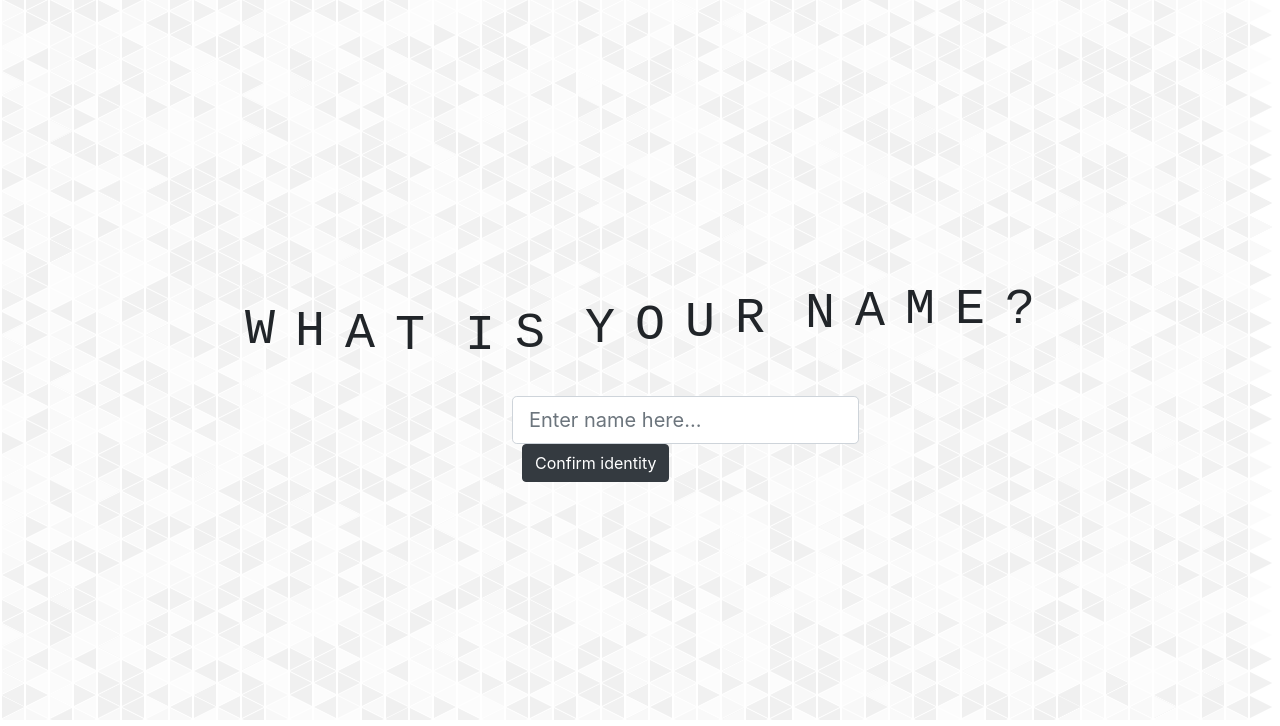
Repository: Aaquib111/Aaquib111.github.io
Page: index.html
An editor plug-in stored every save of this project. The page is shown before and after the next save, followed by the edit.
The browser window is 1280 px wide. The pictures show the whole page.

Above is the page before, as saved 2021-05-12 22:07:07.

After the next save:
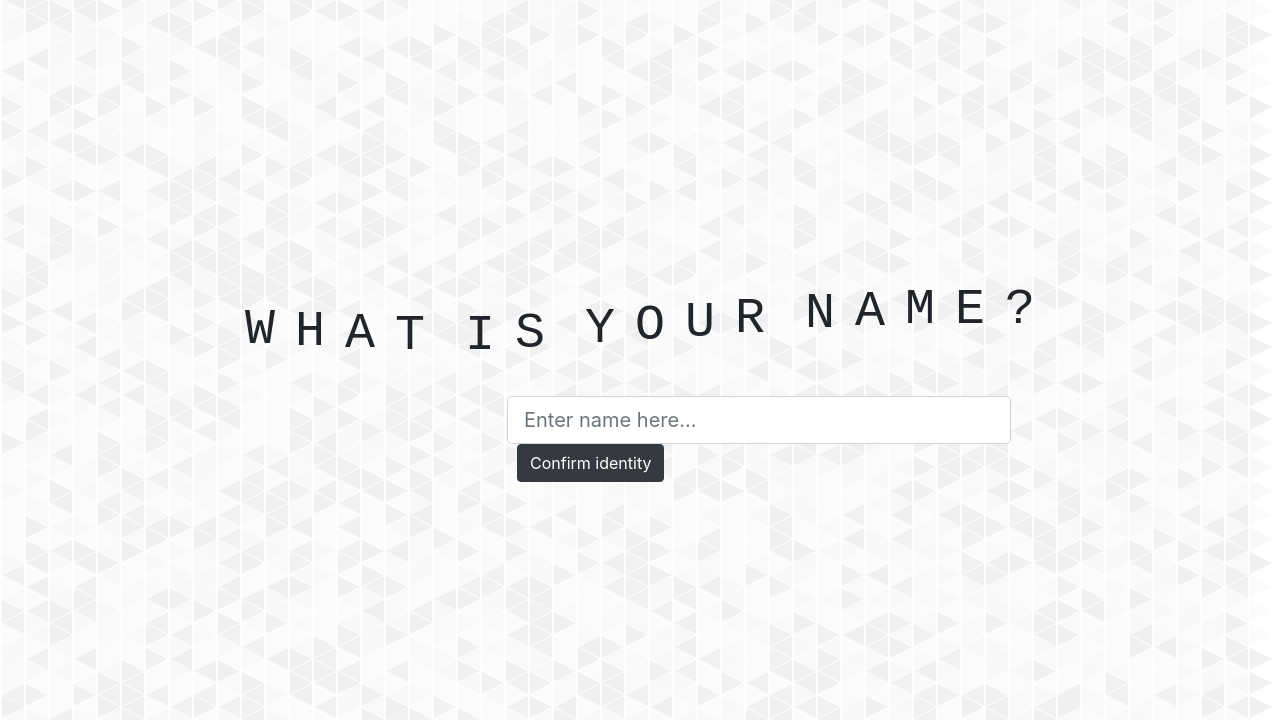
Saved 22 s later.
--- a/index.html
+++ b/index.html
@@ -20,12 +20,13 @@
             <div id="wrap"></div>
             <div id="name">
                 <form onsubmit="return validateForm()" method="post">
-                    <input class="form-control form-control-lg" type="password" name="firstname" placeholder="Enter name here...">
-                    <button type="submit" class="btn btn-dark mb-2" style="margin-left: 10px;">Confirm identity</button>
-
-                    <div class="invalid-feedback">
-                        Please provide a valid city.
-                      </div>
+                    <div class="form-row">
+                        <input class="form-control form-control-lg" type="password" name="firstname" placeholder="Enter name here...">
+                        <button type="submit" class="btn btn-dark mb-2" style="margin-left: 10px;">Confirm identity</button>
+                    </div>
+                        <div class="invalid-feedback">
+                            Please provide a valid city.
+                        </div>
                 </form>
             </div>
         </div>
